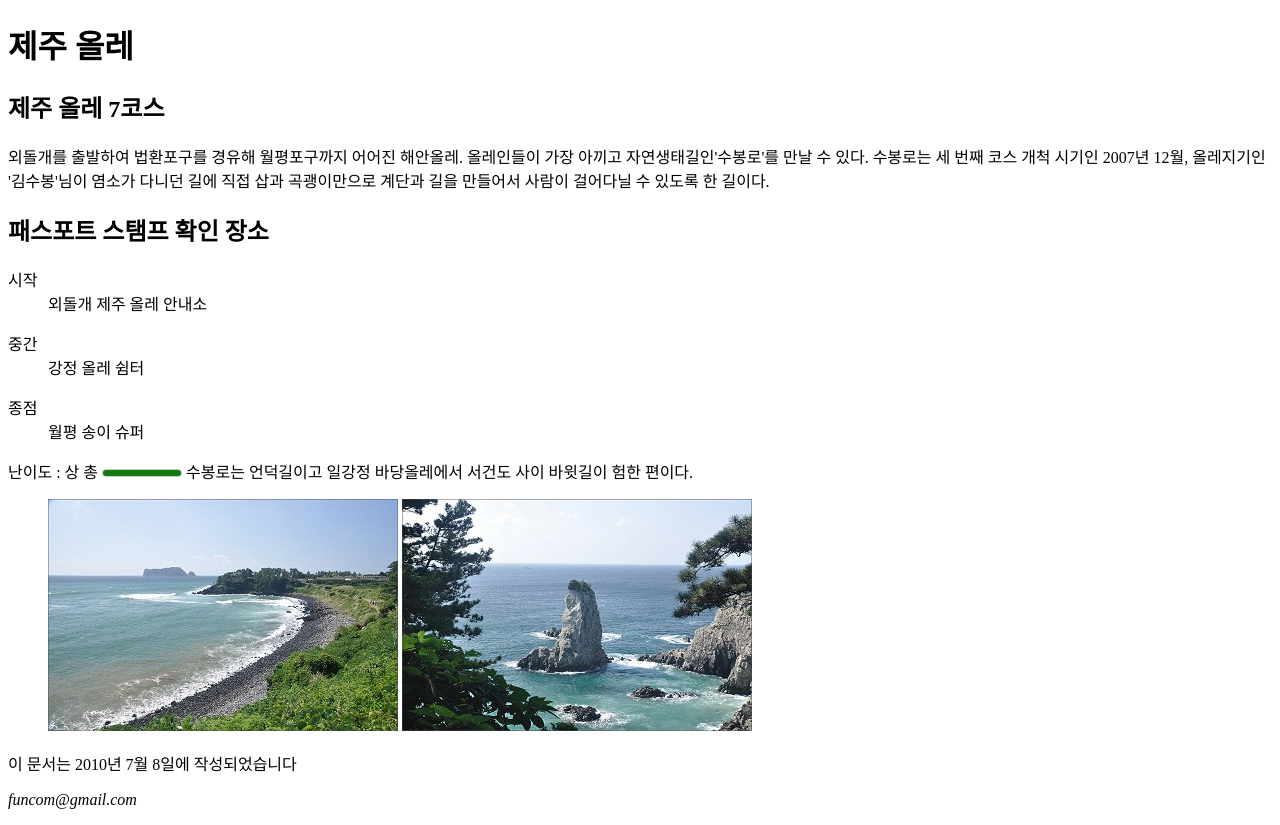
Repository: jinaa11/Kcc_Web
Page: Html/WebContent/sample2.html
These files come from the project's save history. The page is drawn as it stood at one moment and after the next save; the edit follows.
The browser window is 1280 px wide. The pictures show the whole page.

Above is the page before, as saved 2024-07-08 07:33:45.

After the next save:
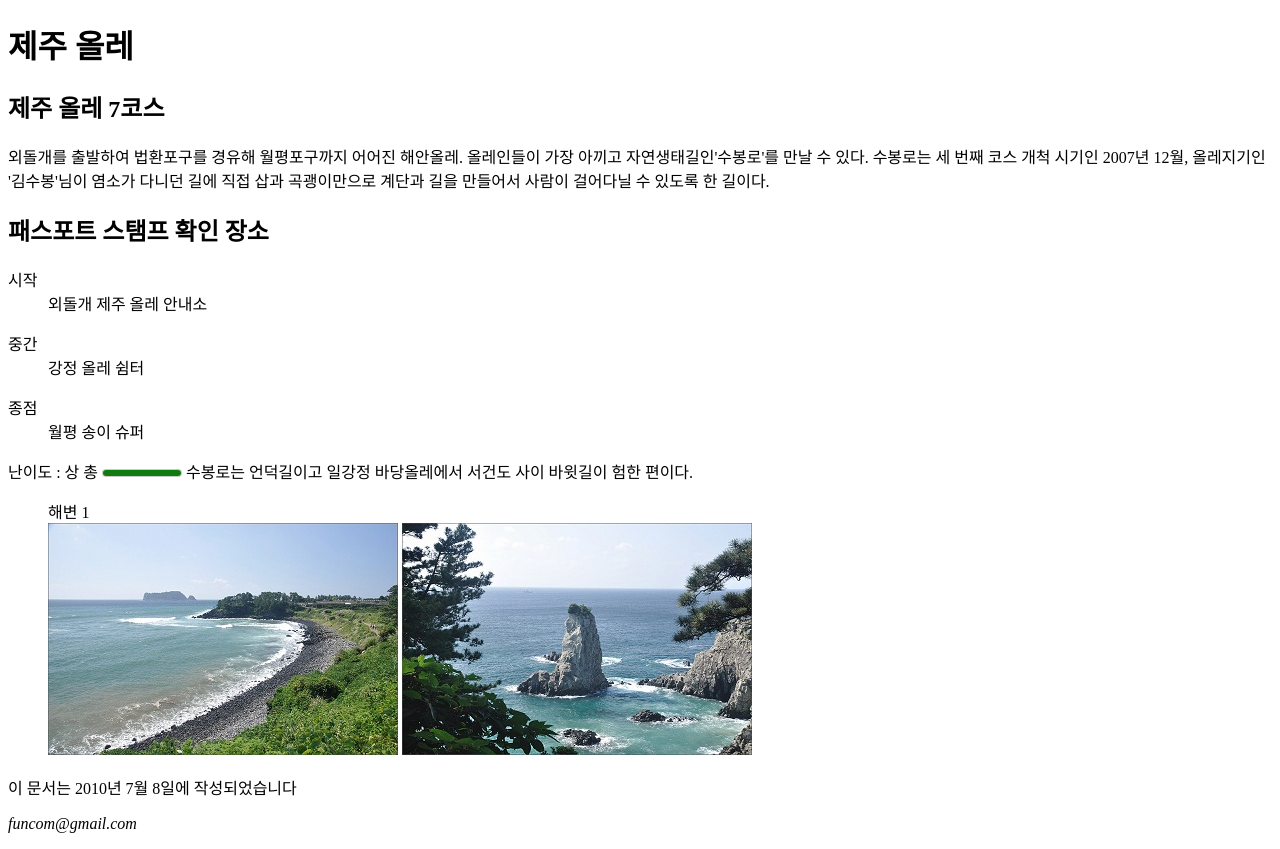
Saved 7 s later.
--- a/Html/WebContent/sample2.html
+++ b/Html/WebContent/sample2.html
@@ -44,7 +44,7 @@
 
 <div>
 <figure>
-	<figcaption></figcaption>
+	<figcaption>해변 1</figcaption>
 	<img src="images/road1.jpg">
     <img src="images/road2.jpg">
 </figure>
